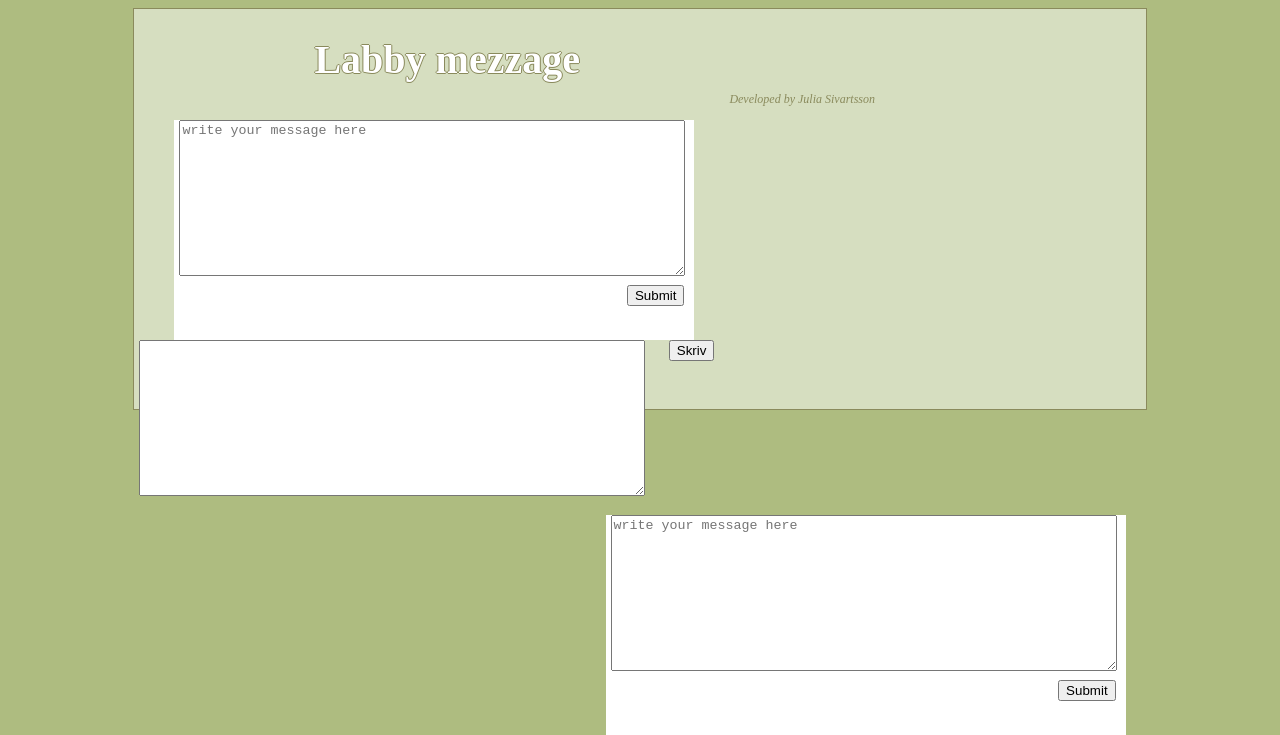
Repository: JuliaSivartsson/1dv403-jsigc09-laborationer
Page: 2-labbymezzage/Extraupgift/index.html
The author's editor kept a record of every edit. The page is drawn from the files as they stood at one moment, then again after the next edit.
The browser window is 1280 px wide. The pictures show the whole page.

Above is the page before.
Console error (its wording comes from the project's code and is left out).

After the next edit:
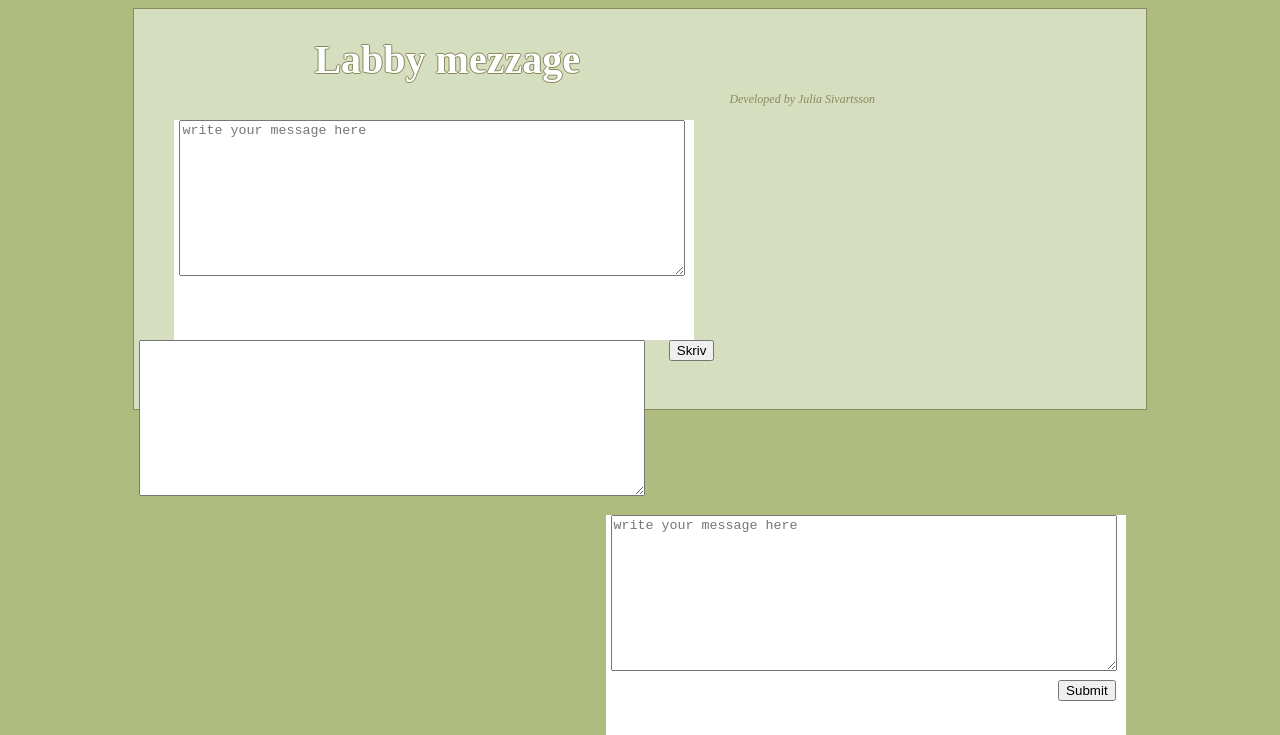
The edit:
--- a/2-labbymezzage/Extraupgift/index.html
+++ b/2-labbymezzage/Extraupgift/index.html
@@ -14,7 +14,6 @@
                     <div id="count" class="right"></div>
                     <form action="post" name="form">
                         <textarea id="messagearea" name="messagearea" placeholder="write your message here"></textarea>
-                        <input id="sendmessage" class="right button" type="button" value="Submit">
                     </form>
                     </div>
                     <div id="viewmessages">
